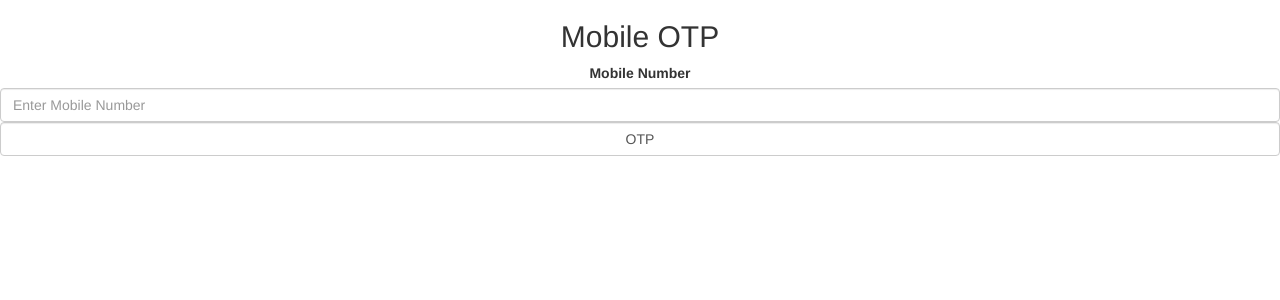
Repository: singhmohan333/springframework
Page: http://localhost/HelloWorld/
The author's editor kept a copy of each file at every save. The page is drawn from the files as they stood at one save, then again after the next save.
The browser window is 1280 px wide. The pictures show the whole page.
Some web libraries are served in a nearby version. The page is served by Tomcat 9. Nobody is signed in. The application's start-up code is not run. Other server files are loaded and not shown.

Above is the page before, as saved 2018-01-25 02:14:09.
Console error (its wording comes from the project's code and is left out).

### HelloWorld/src/main/webapp/index.jsp
<!DOCTYPE html PUBLIC "-//W3C//DTD HTML 4.01 Transitional//EN" "http://www.w3.org/TR/html4/loose.dtd">
<html>
<head>
<meta http-equiv="Content-Type" content="text/html; charset=ISO-8859-1">
<title>Spring 4 MVC - HelloWorld Index Page</title>
<!-- Latest compiled and minified CSS -->
<link rel="stylesheet" href="https://maxcdn.bootstrapcdn.com/bootstrap/3.3.7/css/bootstrap.min.css">

<!-- jQuery library -->
<script src="https://ajax.googleapis.com/ajax/libs/jquery/3.2.1/jquery.min.js"></script>

<!-- Latest compiled JavaScript -->
<script src="https://maxcdn.bootstrapcdn.com/bootstrap/3.3.7/js/bootstrap.min.js"></script>
</head>
<body bgcolor="pink" alink="red" vlink="blue">
<center>
		<h2>Mobile OTP</h2>
		<div class="form-group">
		<form onclick="/SMSClass">
		<label for="mobilenumber">Mobile Number</label> <input class="form-control" type="text" name="mobileNo" placeholder="Enter Mobile Number">
		<input class="form-control" type="submit" value="OTP">

		</form>

		</div>

</center>
</body>
</html>

After the next save:
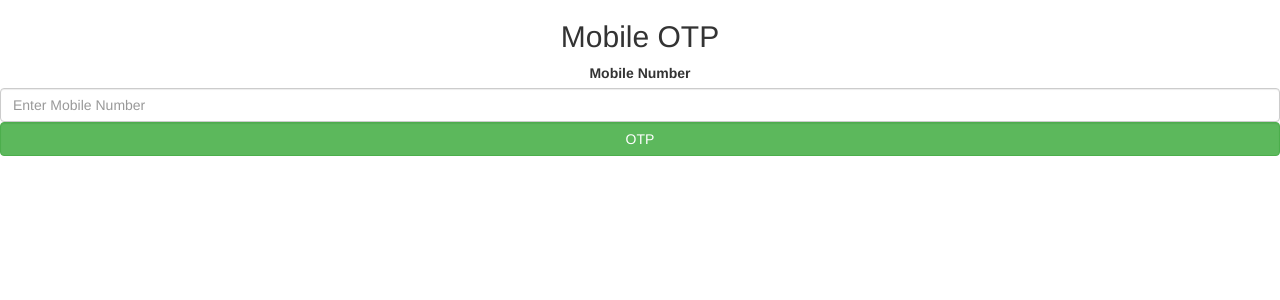
Saved 67 s later.
--- a/HelloWorld/src/main/webapp/index.jsp
+++ b/HelloWorld/src/main/webapp/index.jsp
@@ -18,7 +18,7 @@
 		<div class="form-group">
 		<form onclick="/SMSClass">
 		<label for="mobilenumber">Mobile Number</label> <input class="form-control" type="text" name="mobileNo" placeholder="Enter Mobile Number">
-		<input class="form-control" type="submit" value="OTP">
+		<input class="form-control btn-success" type="submit" value="OTP">
 
 		</form>
 
